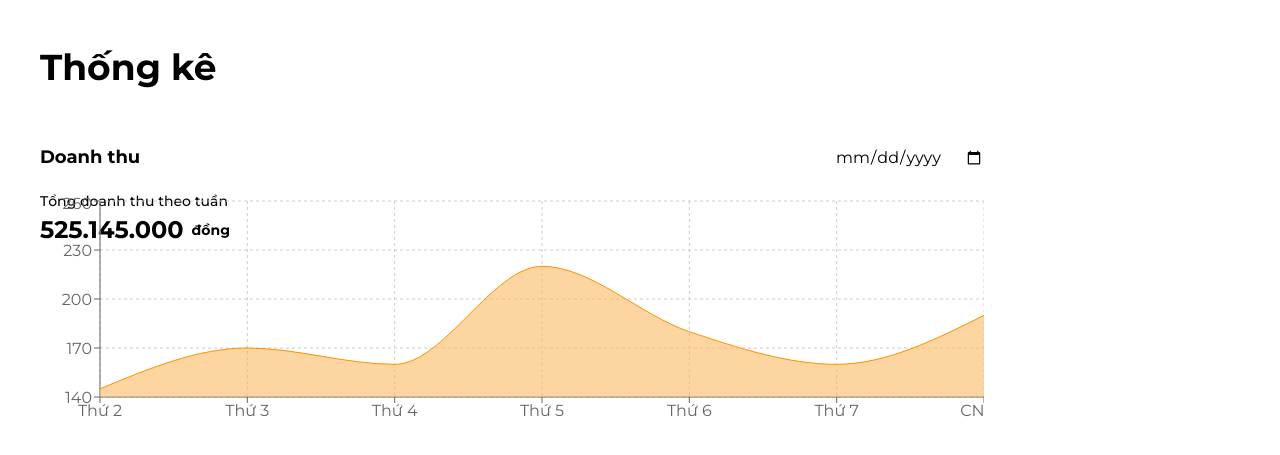
Repository: iphoneboy46/AltaMediaCMS
Page: /
These files come from the project's save history. The page is drawn as it stood at one moment and after the next save; the edit follows.
The browser window is 1280 px wide. The pictures show the whole page.
Some web libraries are served in a nearby version. The project was rebuilt for these pictures with package versions that can differ from the ones it lists, and the page was loaded fresh each time.

Above is the page before, as saved 2023-03-26 22:36:27.

After the next save:
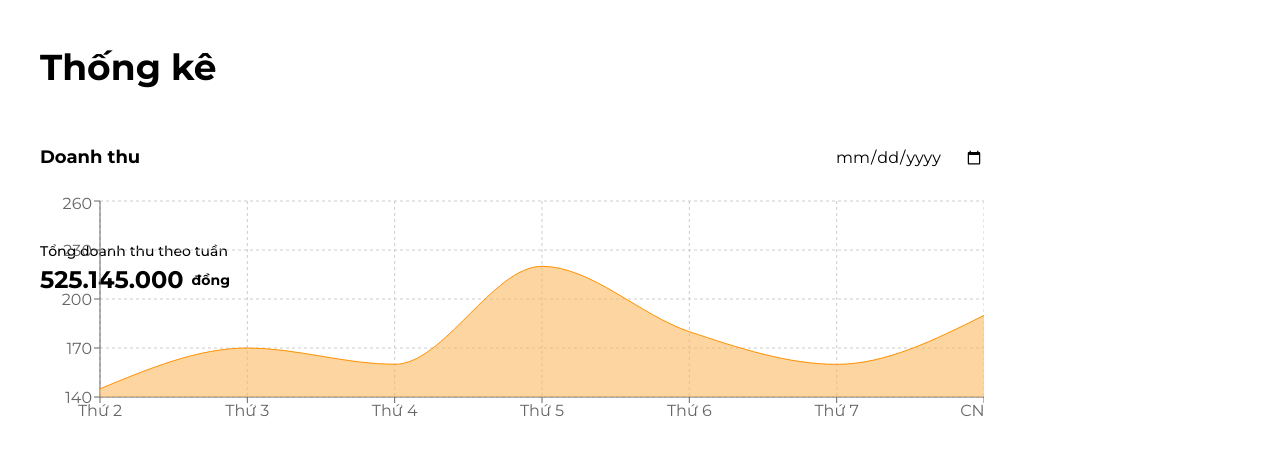
Saved 17 s later.
--- a/src/components/Home/Home.tsx
+++ b/src/components/Home/Home.tsx
@@ -14,7 +14,7 @@ function Home() {
            </div>
         </div>
         <Charts />
-        <div className="di">
+        <div className="mt-[50px]">
           <h3 className="text-[14px] font-[500]">Tổng doanh thu theo tuần</h3>
           <div className="flex items-center"><h1 className="text-[24px] font-[700] mr-2">525.145.000</h1> <p className="text-[14px] font-[600]">đồng</p></div>
         </div>
